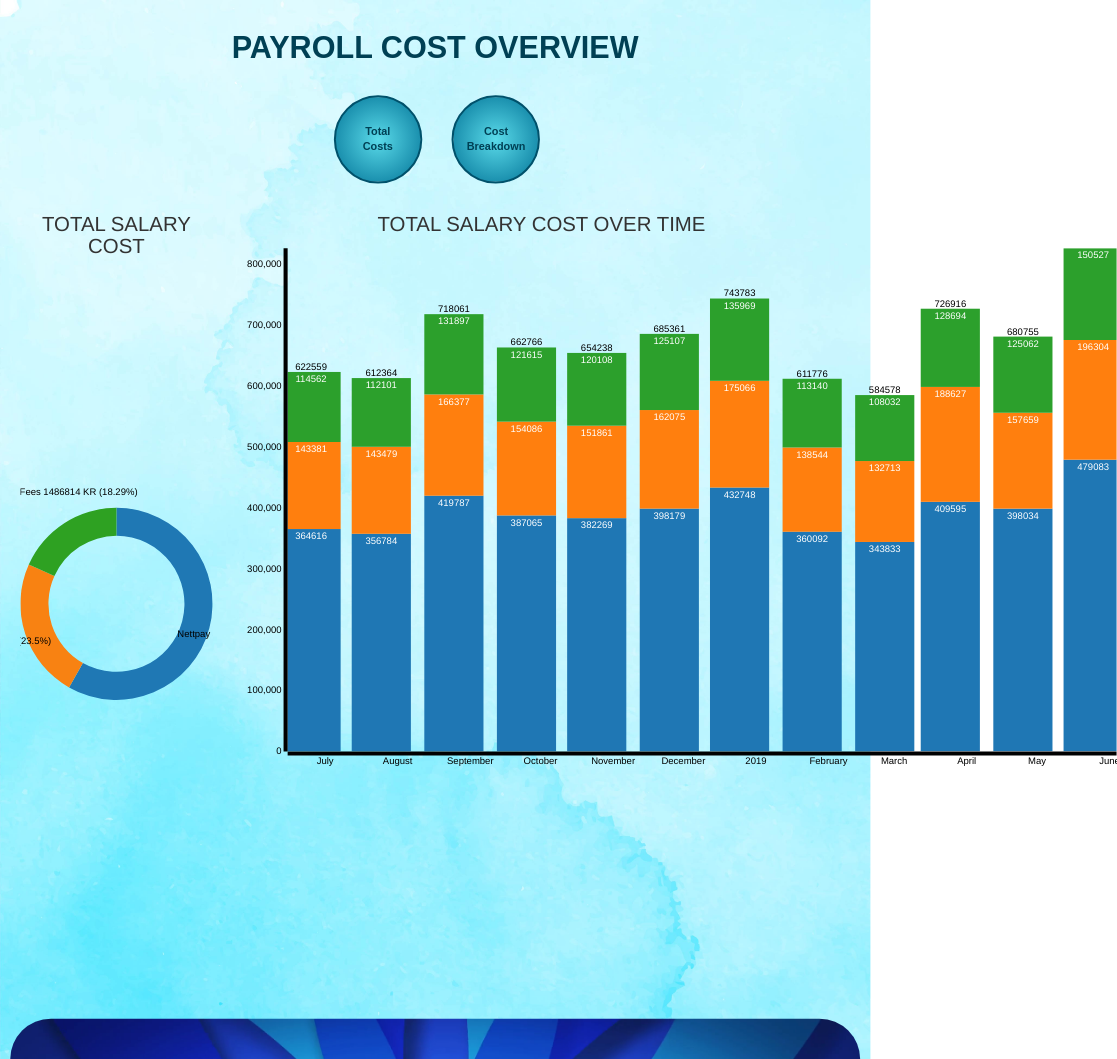
Repository: Code-Institute-Submissions/danfiliphoff-Milestoneproject-2
Page: total_cost.html
The author's editor kept a record of every edit. The page is drawn from the files as they stood at one moment, then again after the next edit.
The browser window is 1280 px wide. The page is 1643 px wide, then 1280 px, then 1643 px, so the pictures cover 1643 px, including what lies to the right of the window. The pictures show the whole page, at 68% of full size.

Above is the page before.

### total_cost.html
<!DOCTYPE html>
<html lang="en">
<head>
    <meta charset="UTF-8">
    <meta name="viewport" content="width=device-width, initial-scale=1.0">
    <meta http-equiv="X-UA-Compatible" content="ie=edge">
    <title>Payroll Dashboard</title>
    <link rel="stylesheet" href="static/css/style.css" type="text/css" />
    <link rel="stylesheet" href="static/pictures/html_background.jpg" type="image/jpg" />
    <link rel="stylesheet" href="https://stackpath.bootstrapcdn.com/bootstrap/3.3.7/css/bootstrap.min.css" type="text/css" />
    <link rel="stylesheet" href="https://stackpath.bootstrapcdn.com/font-awesome/4.7.0/css/font-awesome.min.css" type="text/css" />
    <script src="https://ajax.googleapis.com/ajax/libs/jquery/3.3.1/jquery.min.js"></script>
    <script src="https://maxcdn.bootstrapcdn.com/bootstrap/3.4.0/js/bootstrap.min.js"></script>
    <script src="static/js/d3.min.js"></script>
    <script src="static/js/d3-time-format.v2.min.js"></script>
    <script src="static/js/crossfilter.min.js"></script>
    <script src="static/js/dc.min.js"></script>
    <script src="static/js/queue.min.js"></script>
    <script src="static/js/total_cost.js"></script>
</head>

<body id="index-body-size,body-account">
    <div class="container-fluid" id="index-background">
        <header>
            <!--*******Title*********-->
                <div >
                   <div class="row">
                        <h1 class="col-md-12 paddingtitle title">
                             <a href="index.html" class="title">
                                 <span>Payroll Cost Overview</span>
                                 <br>
                             </a>
                        </h1>
                   </div>
                </div>
        </header>
        <div class = "body-account">
            <!--****** Navigation Buttons******-->
            <div class="mobile" id="indexcontent">
                <div class="row" id="center-btn">
                    <div class="col-md-12">
                        <form style="display: inline" action="total_cost.html" method="get">
                            <button class="mainbutton">
                                <span>Total<br> Costs</span>
                            </button>
                        </form>
                        <form style="display: inline" action="account.html" method="get">
                            <button class="mainbutton">
                                <span>Cost Breakdown</span>
                            </button>
                        </form>
                    </div>
                </div>
            </div>

            <!--*****Graphs******-->
            <div class="container">
                <div class="row">
                   <!--*****Pie Chart******-->
                    <section class="col-md-3">
                        <h2 class="h2-chart-heading">TOTAL SALARY COST</h2>
                        <div id="total-cost-pie-chart"></div>
                    </section>
                    <!--*****Bar Chart******-->
                    <section class="col-md-9">
                        <h2 class="h2-chart-heading">TOTAL SALARY COST OVER TIME</h2>
                        <div id="total-cost-stacked-bar-chart"></div>
                    </section>
                </div>
            </div>
        </div>
        <!--****** Footer******-->
        <footer class="container-fluid footer-pinned">
            <div class="row footerbackgrund">
            </div>
        </footer>
    </div>
</body>
</html>

### static/css/style.css
/*--------HEADER-------*/
.paddingtitle{
    padding-top:25px;
    text-align: center;
}

.title {
    font-family: "Nunito", Arial;
    font-weight: 800;
    font-size: 45px;
    line-height: 50px;
    text-transform: uppercase;
    color:#004054;
    text-decoration: none !important;
    top: 0.5%;
    position: relative;
}

/*--------Index-------*/
#index-body-size{
    position: fixed;
    height: 100%;
    width: 100%;
    margin-top: -27px;
    margin-left: 0px;
}
#indexcontent{
    text-align: center;
    margin-top: 1%;
}

#welcome-text{
    max-width: 100px;
}

#center-btn{
    margin-right: 20px;
}

.mainbutton{
    border-radius: 50%;
    color: #004054;
    background: radial-gradient(#5adae9, #017296);
    height: 130px;
    width: 130px;
    font-family: "Nunito", Arial;
    font-weight: 800;
    font-size:16px;
    border: 3px solid #00516b;
    transition: all 0.5s;
    cursor: pointer;
    text-align: center;
    margin-bottom: 22px;
    margin-top: 22px;
    margin-left: 40px;
}

.mainbutton:hover{
  box-shadow: 0 12px 16px 0 rgba(0,0,0,0.24), 0 17px 50px 0 rgba(0,0,0,0.19);
}

.mainbutton span{
  cursor: pointer;
  display: inline-block;
  position: relative;
  transition: 0.5s;
}

.mainbutton span:after{
  content: '\00bb';
  position: absolute;
  opacity: 0;
  top: 0;
  right: -20px;
  transition: 0.5s;
}

.mainbutton:hover span{
  padding-right: 25px;
}

.mainbutton:hover span:after{
  opacity: 1;
  right: 0;
}




/*--------GENERAL-------*/

.navbar-fixed-bottom{
    margin-left: 20px;
    margin-right:24px;
}
#index-background{
    position: relative;
    background-repeat:no-repeat;
    background-size:cover;
    background-image: url("../pictures/html_background.jpg");
    height: 107%;
    width: 100%;
}

.body-account{
    padding-bottom:60px;
    height: 100%;
}

.topic-header{
  font-family: "Nunito", Arial;
  font-weight: 700;
  font-size:  43px;
  color:#004054;
  text-align: center;
}

.topic-text{
  font-family: "Nunito", Arial;
  color:black;
  font-size: 13px;
  text-decoration: none!important;
  text-align: justify;
  max-width: 203px;
  margin: 0 auto;
}

.container{
    width: 100% !important;
}

.h2-chart-heading{
    text-align: center;
}

/*--------------GRAPHS AND CHARTS-------------------*/

/*below hides y axis for accounts bar graph*/
#Cost-Per-Type
 .axis.y { display: none; }

/*below make sures that line grap renders as a line and not as an area*/
.line {
         fill: none;
         stroke: #004054;
         stroke-width: 6px;
         }


#Cost-Over-Time > svg > g > g.axis.x {
    font-size: 13.5px;
}

/*#Cost-Over-Time > svg > g > g.axis.x > g:nth-child(5){
    font-size: 10px;
}*/

#cost-per-account > svg {
    display:block;
    margin:auto;
}

#Cost-Over-Time > svg {
    display:block;
    margin:auto;
}

#Cost-Per-Type > svg {
    display:block;
    margin:auto;
}

#index-background > div.container > div:nth-child(2) > section{
    margin-top: 80px;
}

#cost-per-account > svg >.dc-legend{
    font-family: "Nunito", Arial;
    font-size: 16px;
    text-transform: uppercase;
    color:#004054;
}

#Cost-Over-Time > svg > g > g.axis.y{
    font-family: "Nunito", Arial;
    font-size: 16px;
    color:#004054;
}

#Cost-Over-Time > svg > g > g.axis.x{
    font-family: "Nunito", Arial;
    font-size: 16px;
    color:#004054;
}

#Cost-Over-Time > svg > g > g.axis.x > g > text{
    transform:rotate(-35deg);
    margin-top: 30px;
    text-anchor: end !important;
}

#Cost-Per-Type > svg > g > g.axis.x > g > text{
    text-anchor: end !important;
}

#Cost-Over-Time > svg{
    overflow: visible;
}

#Cost-Over-Time > svg > g > g.axis.x > g:nth-child(2){
    margin-top: 10px;
}

#total-cost-stacked-bar-chart > svg {
    display:block;
    margin:auto;
}

#total-cost-pie-chart > svg {
    display:block;
    margin:auto;
}


/*--------------FOOTER-------------------*/


.footerbackgrund{
  bottom: 0;
  margin-top: 50px;
  border-radius: 170px 170px 0px 0px;
  background-repeat:no-repeat;
  background-size:cover;
  background-image: url("../pictures/footerbackground.jpg");
  height: 60px;
}


/*-------------MEDIA QUERYS-----------*/
@media (max-width: 404px){
    .mainbutton{
        height: 118px;
        width: 118px;
        margin-left: 29px;
    }
}



@media (min-width: 768px){

    .topic-text{
        font-size: 15px;
        max-width: 295px;
    }

    #index-body-size{
    margin-top: -31px;
    }


}

@media  (min-width: 427px) and (max-width: 768px) {
    .title {
        font-weight: 800;
        font-size: 35px;
        line-height: 30px;
        padding-top: 20px;
    }

    .topic-header{
        font-size:  30px;
    }
}




@media  (min-width: 0px) and (max-width: 426px){
    .title{
        font-weight: 800;
        font-size: 24px;
        line-height: 40px;
        padding-top: 20px;
    }

    .topic-header{
        font-size:  25px;
    }


}


@media (max-width: 320px){
   .topic-text{
        margin-left: 54px;
        font-size: 12px;
    }
}

### static/js/total_cost.js
/*steg:
1. skapa HTML.
2. skapa function
3.lägg till function under make graph*/

/*väntar med att skapa graf tills data är laddat*/
queue()
    .defer(d3.csv, "data/total_cost.csv")
    .await(makeTotalCostGraps);

function makeTotalCostGraps(error, totalCost){

    var parseDate = d3.time.format("%Y-%m-%d").parse;
        totalCost.forEach(function(d){
            d.PaymentDate = parseDate(d.PaymentDate);
        });


   var ndx=crossfilter(totalCost);
   makePie(ndx);
   StackedBarChartTotalCost(ndx);
   dc.renderAll();
}


/*skapar graf och hämtar data*/
function StackedBarChartTotalCost(ndx){
    var payment_date_dim_bar = ndx.dimension(dc.pluck("PaymentDate"));
    var minDate = payment_date_dim_bar.bottom(1)[0].PaymentDate;
    var maxDate = payment_date_dim_bar.top(1)[0].PaymentDate;
    var NettpayByMonth = payment_date_dim_bar.group().reduceSum(function (d) {
            if (d.Type === 'Nettpay') {
                return +d.Sum;
            } else {
                return 0;
            }
        });

    var TaxesByMonth = payment_date_dim_bar.group().reduceSum(function (d) {
            if (d.Type === 'Taxes') {
                return +d.Sum;
            } else {
                return 0;
            }
        });

    var SocialSecurityFeesByMonth = payment_date_dim_bar.group().reduceSum(function (d) {
            if (d.Type === 'Social Security Fees') {
                return +d.Sum;
            } else {
                return 0;
            }
        });

    dc.barChart('#total-cost-stacked-bar-chart')
            .width(1300)
            .height(800)
            .margins({top: 10, left: 80, right: 1, bottom: 50})
            .dimension(payment_date_dim_bar)
            .group(NettpayByMonth, "Nettpay")
            .stack(TaxesByMonth, "Taxes")
            .stack(SocialSecurityFeesByMonth, "Sociala")
            .renderLabel(true)/*gets total label for whole bar*/
            .elasticX(true)
            .xAxisPadding(10)
            .gap(15)
            .centerBar(true)
            .x(d3.time.scale().domain([minDate,maxDate]))
            .xUnits(d3.time.months)
           /* .barPadding(0.3)/*adjusts with of each bar*/
            .on('renderlet', function (chart) {
                //Check if labels exist
                var gLabels = chart.select(".labels");
                if (gLabels.empty()){
                    gLabels = chart.select(".chart-body").append('g').classed('labels', true);
                }

                var gLabelsData = gLabels.selectAll("text").data(chart.selectAll(".bar")[0]);
                gLabelsData.exit().remove(); //Remove unused elements
                gLabelsData.enter().append("text") //Add new elements
                gLabelsData
                .attr('text-anchor', 'middle')
                .attr('fill', 'white')
                .text(function(d){
                    text_object =  d3.select(d).datum().y
                    console.log(text_object)
                    return text_object
                })
                .attr('x', function(d){
                    return +d.getAttribute('x') + (d.getAttribute('width')/2);
                })
                .attr('y', function(d){ return +d.getAttribute('y') + 15; })
                .attr('style', function(d){
                    if (+d.getAttribute('height') < 18) return "display:none";
                });

            });
}




function makePie(ndx) {
    var type_dim = ndx.dimension(dc.pluck("Type"));
    var total_cost_pie_chart = type_dim.group().reduceSum(dc.pluck('Sum'));


    dc.pieChart('#total-cost-pie-chart')
        .legend(dc.legend().x(400).y(10).itemHeight(13).gap(5))
        .height(1000)
        .radius(200)
        .innerRadius(100)
        .transitionDuration(1500)
        .dimension(type_dim)
        .group(total_cost_pie_chart)
        .externalLabels(50)
        .label(function(d){return d.key + " " + d.value + " " + "KR (" +  Math.round((d.value/(8129071/100))*100)/100 + "%)"})
        .renderLabel(true)
        .ordinalColors(['#1f78b4', '#F88212', '#2EA122']);
}

Loaded but not shown: static/js/d3.min.js (library); static/js/d3-time-format.v2.min.js (library); static/js/crossfilter.min.js (library); static/js/dc.min.js (library); static/js/queue.min.js (common file)

After the next edit:
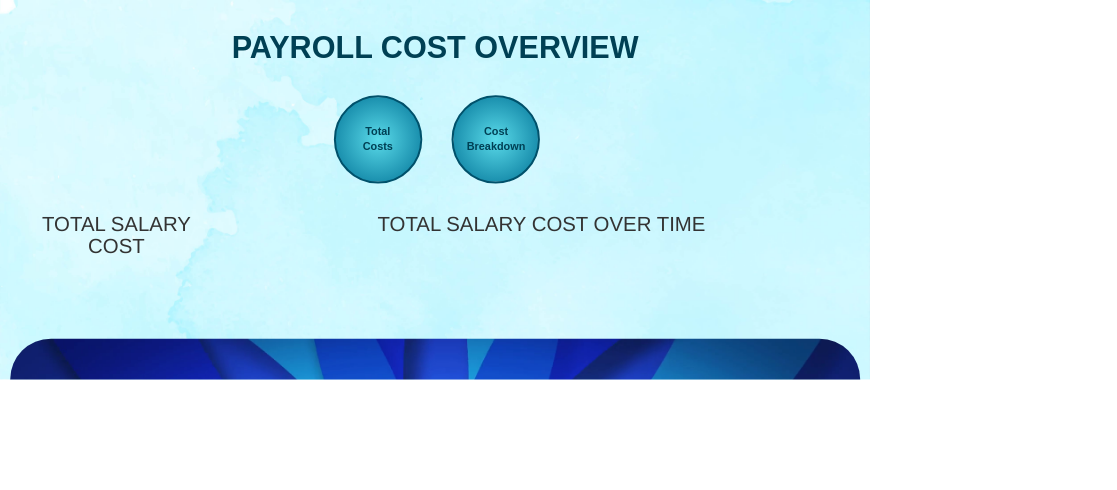
Console error: SyntaxError: Unexpected token '.'
The edit:
--- a/static/js/total_cost.js
+++ b/static/js/total_cost.js
@@ -113,7 +113,23 @@
         .transitionDuration(1500)
         .dimension(type_dim)
         .group(total_cost_pie_chart)
-        .externalLabels(50)
+        .legend(dc.legend()
+            .x(140)
+            .y(180)
+            .itemHeight(13)
+            .gap(9)
+            .legendText(
+                function(d) {
+                  /* console.log(d);för att se vilka nycklar (d.xx, d.något) som ska användas använd den här consolelog*/
+                    return d.name + " - " + d.data + " " + "KR ("
+            +  Math.round((d.data/(10241617/100))*100)/100 + "%)"})
+            )
+        .renderLabel(false);
+
+
+
+
+
         .label(function(d){return d.key + " " + d.value + " " + "KR (" +  Math.round((d.value/(8129071/100))*100)/100 + "%)"})
         .renderLabel(true)
         .ordinalColors(['#1f78b4', '#F88212', '#2EA122']);

After the 3 edits that followed:
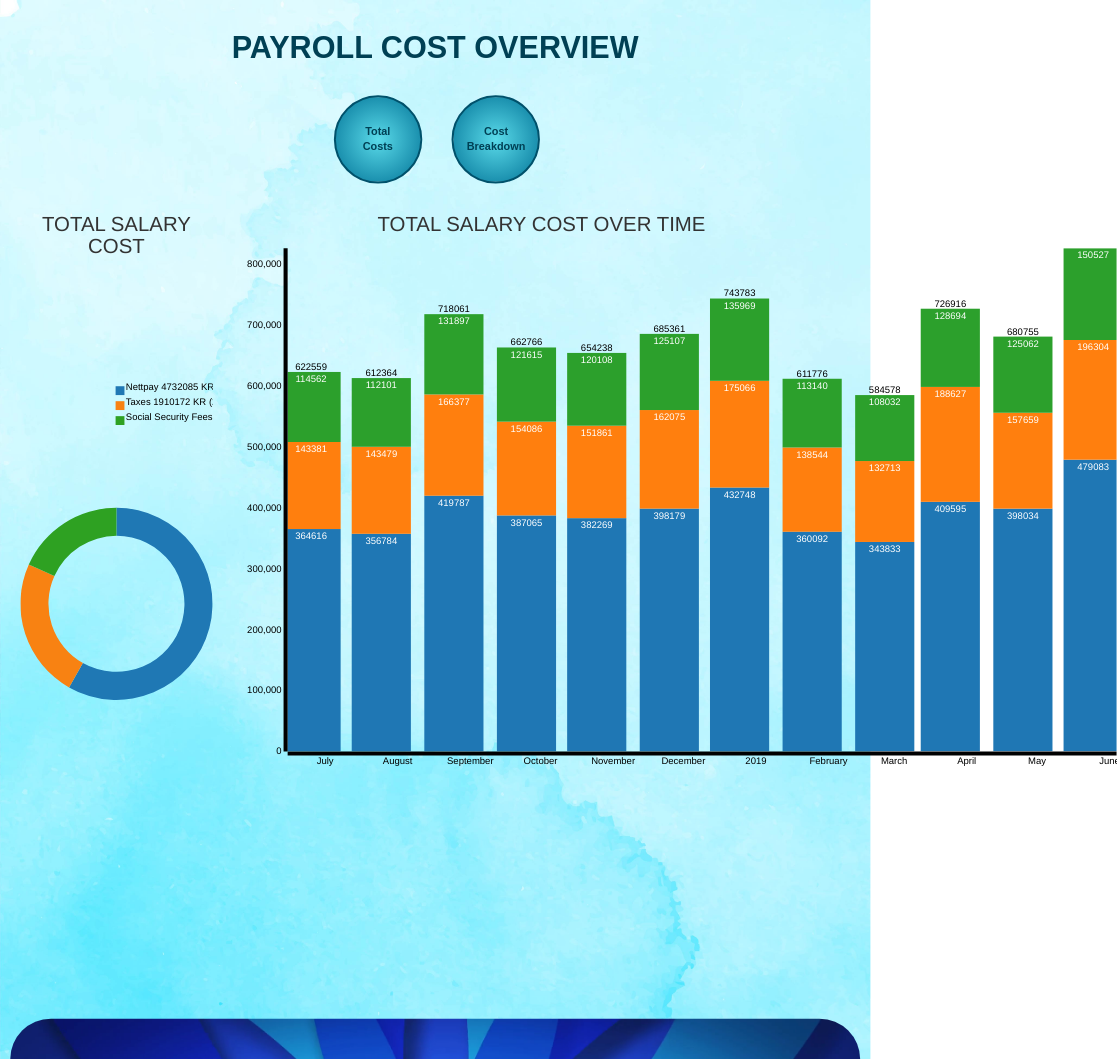
The error is gone.
The 3 edits are shown as one change because 2 left the picture as it was.
The edit:
--- a/static/js/total_cost.js
+++ b/static/js/total_cost.js
@@ -118,19 +118,7 @@
             .y(180)
             .itemHeight(13)
             .gap(9)
-            .legendText(
-                function(d) {
-                  /* console.log(d);för att se vilka nycklar (d.xx, d.något) som ska användas använd den här consolelog*/
-                    return d.name + " - " + d.data + " " + "KR ("
-            +  Math.round((d.data/(10241617/100))*100)/100 + "%)"})
-            )
-        .renderLabel(false);
-
-
-
-
-
-        .label(function(d){return d.key + " " + d.value + " " + "KR (" +  Math.round((d.value/(8129071/100))*100)/100 + "%)"})
-        .renderLabel(true)
+            .legendText(function(d){return d.name + " " + d.data + " " + "KR (" +  Math.round((d.data/(8129071/100))*100)/100 + "%)"}))
+        .renderLabel(false)
         .ordinalColors(['#1f78b4', '#F88212', '#2EA122']);
 }
